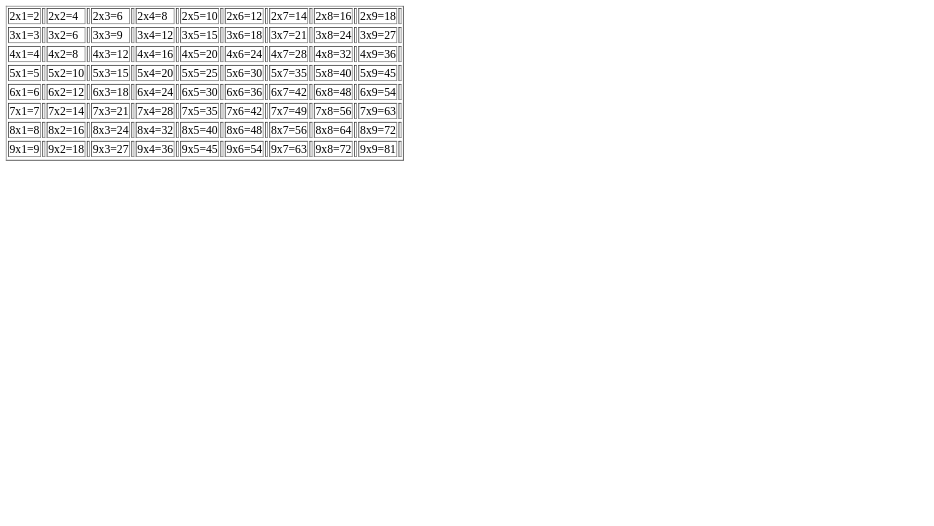
Repository: tldnwkd/jspclass2026
Page: http://localhost/chapter01/test02.jsp
The author's editor kept a copy of each file at every save. The page is drawn from the files as they stood at one save, then again after the next save.
The browser window is 1280 px wide. The pictures show the whole page, at 73% of full size.
The page is served by Tomcat 9.

Above is the page before, as saved 2026-10-16 04:02:17.

### chapter01/src/main/webapp/test02.jsp
<%@ page language="java" contentType="text/html; charset=UTF-8"
    pageEncoding="UTF-8" import="java.util.*"%>
<!DOCTYPE html>
<html>
<head>
<meta charset="UTF-8">
<title>Insert title here</title>
</head>
<body>
<!-- 구구단 2단~ 9단까지 모두 출력할 것 -->
<table border="1">
<%for(int i=2; i<10; i++) {%>
	<tr>
	<%for(int j=1; j<10; j++){%>
	<td><%=i%>x<%=j%>=<%=i*j%><td/>
	<%}%><tr/>
<%}%>
</table>
</body>
</html>

After the next save:
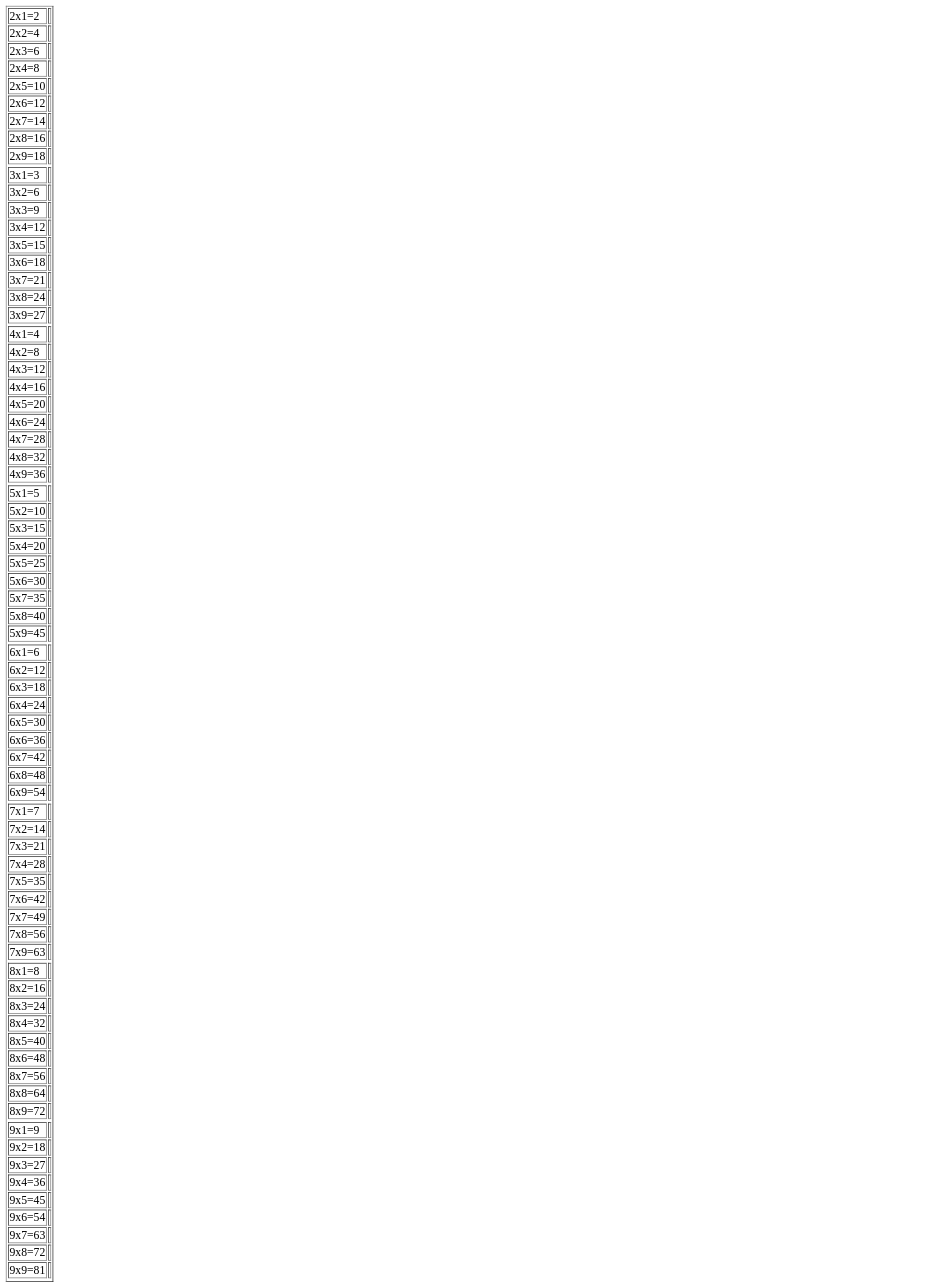
Saved 52 s later.
--- a/chapter01/src/main/webapp/test02.jsp
+++ b/chapter01/src/main/webapp/test02.jsp
@@ -10,9 +10,9 @@
 <!-- 구구단 2단~ 9단까지 모두 출력할 것 -->
 <table border="1">
 <%for(int i=2; i<10; i++) {%>
-	<tr>
+
 	<%for(int j=1; j<10; j++){%>
-	<td><%=i%>x<%=j%>=<%=i*j%><td/>
+	<tr><td><%=i%>x<%=j%>=<%=i*j%><td/>
 	<%}%><tr/>
 <%}%>
 </table>

After the 2 saves that followed:
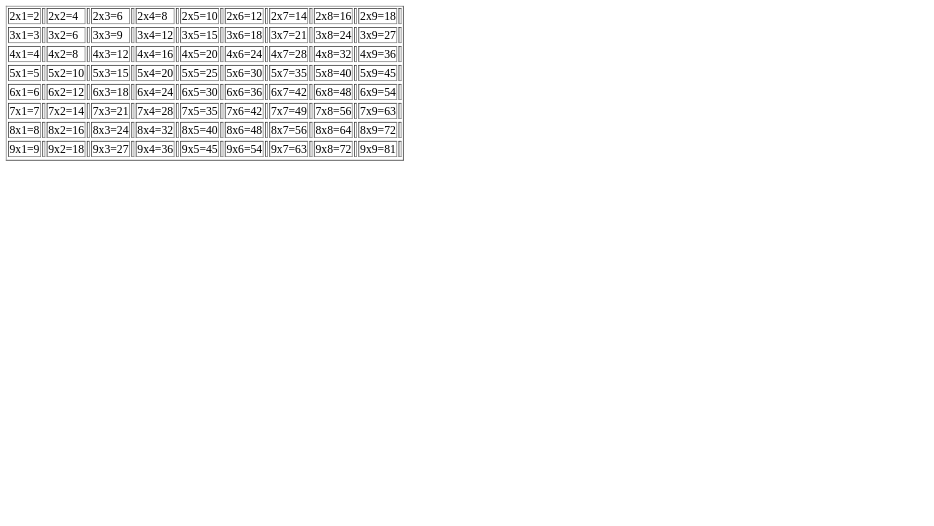
The 2 saves are shown as one change because 1 left the picture as it was.
The last was saved 19 s later.
--- a/chapter01/src/main/webapp/test02.jsp
+++ b/chapter01/src/main/webapp/test02.jsp
@@ -10,9 +10,9 @@
 <!-- 구구단 2단~ 9단까지 모두 출력할 것 -->
 <table border="1">
 <%for(int i=2; i<10; i++) {%>
-
+	<tr>
 	<%for(int j=1; j<10; j++){%>
-	<tr><td><%=i%>x<%=j%>=<%=i*j%><td/>
+	<td><%=i%>x<%=j%>=<%=i*j%><td/>
 	<%}%><tr/>
 <%}%>
 </table>
